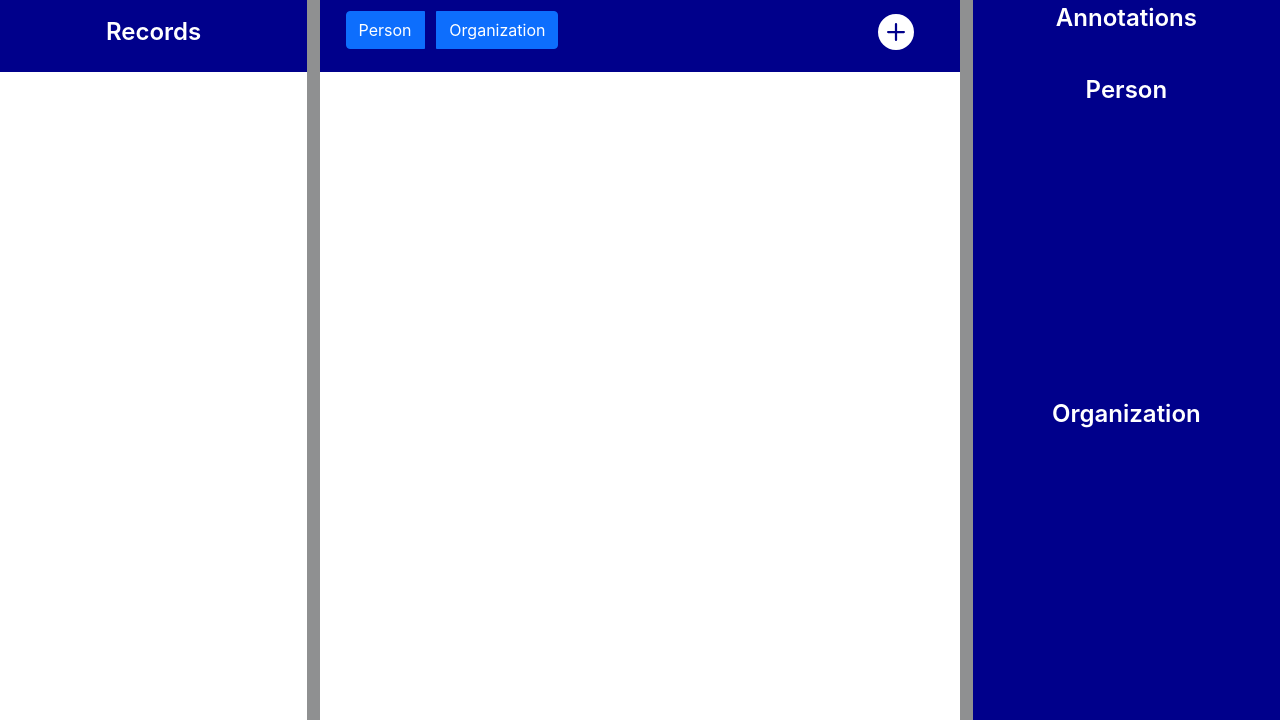
Repository: napan24/classforma_assignment
Page: / (app in client/)
The author's editor kept a copy of each file at every save. The page is drawn from the files as they stood at one save, then again after the next save.
The browser window is 1280 px wide. The pictures show the whole page.
The project was rebuilt for these pictures with package versions that can differ from the ones it lists, and the page was loaded fresh each time. Also part of the build but not shown: client/src/App.css.

Above is the page before, as saved 2022-07-20 15:45:30.

### client/public/index.html
<!DOCTYPE html>
<html lang="en">
  <head>
    <meta charset="utf-8" />
    <link rel="icon" href="%PUBLIC_URL%/favicon.ico" />
    <meta name="viewport" content="width=device-width, initial-scale=1" />
    <meta name="theme-color" content="#000000" />
    <meta
      name="description"
      content="Web site created using create-react-app"
    />
    <link href="https://cdn.jsdelivr.net/npm/bootstrap@5.1.3/dist/css/bootstrap.min.css" rel="stylesheet" integrity="sha384-1BmE4kWBq78iYhFldvKuhfTAU6auU8tT94WrHftjDbrCEXSU1oBoqyl2QvZ6jIW3" crossorigin="anonymous">
    <link rel="apple-touch-icon" href="%PUBLIC_URL%/logo192.png" />
    <!--
      manifest.json provides metadata used when your web app is installed on a
      user's mobile device or desktop. See https://developers.google.com/web/fundamentals/web-app-manifest/
    -->
    <link rel="manifest" href="%PUBLIC_URL%/manifest.json" />
    <!--
      Notice the use of %PUBLIC_URL% in the tags above.
      It will be replaced with the URL of the `public` folder during the build.
      Only files inside the `public` folder can be referenced from the HTML.

      Unlike "/favicon.ico" or "favicon.ico", "%PUBLIC_URL%/favicon.ico" will
      work correctly both with client-side routing and a non-root public URL.
      Learn how to configure a non-root public URL by running `npm run build`.
    -->
    <title>React App</title>
  </head>
  <body>
    <noscript>You need to enable JavaScript to run this app.</noscript>
    <div id="root"></div>
    <!--
      This HTML file is a template.
      If you open it directly in the browser, you will see an empty page.

      You can add webfonts, meta tags, or analytics to this file.
      The build step will place the bundled scripts into the <body> tag.

      To begin the development, run `npm start` or `yarn start`.
      To create a production bundle, use `npm run build` or `yarn build`.
    -->
    <script src="https://cdn.jsdelivr.net/npm/bootstrap@5.1.3/dist/js/bootstrap.bundle.min.js" integrity="sha384-ka7Sk0Gln4gmtz2MlQnikT1wXgYsOg+OMhuP+IlRH9sENBO0LRn5q+8nbTov4+1p" crossorigin="anonymous"></script>
  </body>
</html>

### client/src/App.js
import logo from './logo.svg';
import './App.css';
import Home from './Home';

function App() {
  return (
    <>
      <Home></Home>
    </>
  );
}

export default App;

### client/src/Home.js
'strict origin'
import React, { useState, useEffect } from 'react'
const Home = () => {
    const [textField, setTextField] = useState();
    const [person, setPerson] = useState();
    const [place, setPlace] = useState();
    const [personName, setPersonName] = useState(['']);
    const [placeName, setPlaceName] = useState(['']);
    useEffect(() => {
        if (textField) {
            trending();
        }
    }, [textField])
    const trending = async () => {
        const res = await fetch("/", {
            method: 'POST',
            headers: {
                "Content-Type": "application/json"
            },
            body: JSON.stringify({ textField })
        });
        const result = await res.json();
        setPerson(result.filter((arr) => arr.type == 'Person'));
        setPlace(result.filter((arr) => arr.type == 'Place'));
    };
    useEffect(() => {
        if (person) {
            person.forEach(function (arrayItem) {
                setPersonName(curr => [...curr, arrayItem.entityId]);
            });
        }
    }, [person])
    useEffect(() => {
        setPlaceName(['']);
        if (place) {
            place.forEach(function (arrayItem) {
                setPlaceName(curr => [...curr, arrayItem.entityId]);
            });
        }
    }, [place])
    const showFile = async (e) => {
        e.preventDefault()
        const reader = new FileReader()
        reader.onload = async (e) => {
            const text = (e.target.result)
            setTextField(text);
        };
        reader.readAsText(e.target.files[0])
    }
    return (
        <>
            <div style={{ display: 'flex', width: "100vw", height: "100vh", backgroundColor: "#8f9091",overflow:"hidden" }}>
                <div style={{ width: "24vw", height: "100vh", backgroundColor: "white", marginRight: "1vw" }}>
                    <div style={{ width: "24vw", height: "10vh", backgroundColor: "#00008b", textAlign: 'center', fontSize: '150%', color: "white", fontWeight: "600", position: "fixed" }}>
                        <p style={{ marginTop: "2vh" }}>
                            Records
                        </p>
                    </div>
                    <div>

                    </div>
                </div>
                <div style={{ width: "50vw", height: "100vh", backgroundColor: "white", marginRight: "1vw", overflowY: "unset" }}>
                    <div style={{ width: "50vw", height: "10vh", backgroundColor: "#00008b", position: 'relative', overflowY: 'hidden' }}>
                        <div class="btn-group" style={{ marginTop: "1.5vh", marginLeft: "2vw" }}>
                            <button type="button" class="btn btn-primary" style={{ marginRight: "1vw" }}>Person</button>
                            <button type="button" class="btn btn-primary">Organization</button>
                        </div>
                        <label for="file">
                            <svg style={{ width: "20%", height: "50%", position: "absolute", right: "0", top: "2vh", color: "white" }} xmlns="http://www.w3.org/2000/svg" fill="currentColor" class="bi bi-plus-circle-fill" viewBox="0 0 16 16">
                                <path d="M16 8A8 8 0 1 1 0 8a8 8 0 0 1 16 0zM8.5 4.5a.5.5 0 0 0-1 0v3h-3a.5.5 0 0 0 0 1h3v3a.5.5 0 0 0 1 0v-3h3a.5.5 0 0 0 0-1h-3v-3z" />
                            </svg>
                        </label>
                        <input type="file" id="file" onChange={(e) => showFile(e)} style={{ display: "none" }} />
                    </div>
                    <div style={{ width: "48vw", height: "85vh", marginLeft: "2vw", marginTop: "5vh", overflowY: "scroll" }}>
                        {textField}
                    </div>
                </div>
                <div style={{ width: "24vw", height: "100vh", backgroundColor: "white" }}>
                    <div style={{ width: "24vw", height: "10vh", backgroundColor: "#00008b", textAlign: 'center', fontSize: '150%', color: "white", fontWeight: "600" }}>
                        <p>
                            Annotations
                        </p>
                    </div>
                    <div style={{ width: "24vw", height: "5vh", backgroundColor: "#00008b", textAlign: 'center', fontSize: '150%', color: "white", fontWeight: "600" }}>
                        <p>
                            Person
                        </p>
                    </div>
                    <div style={{maxWidth: "24vw", height: "40vh", backgroundColor: "#00008b", textAlign: 'center', fontSize: '150%', color: "white", fontWeight: "600", zIndex: "2", overflowY: "scroll", overflowX: "hidden" }}>
                        {personName && personName.map((user) => (
                            user.length > 0 && <div style={{ width: "24vw", backgroundColor: "black", color: "white", height: "3vh", fontSize: "2vh", position: 'relative', borderBottom: '1px solid white' }}>
                                {user}
                                <svg xmlns="http://www.w3.org/2000/svg" style={{ width: "3.5vw", height: "3.5vh", position: 'absolute', right: "0" }} fill="currentColor" class="bi bi-x" viewBox="0 0 16 16">
                                    <path d="M4.646 4.646a.5.5 0 0 1 .708 0L8 7.293l2.646-2.647a.5.5 0 0 1 .708.708L8.707 8l2.647 2.646a.5.5 0 0 1-.708.708L8 8.707l-2.646 2.647a.5.5 0 0 1-.708-.708L7.293 8 4.646 5.354a.5.5 0 0 1 0-.708z" />
                                </svg>
                            </div>
                        ))}
                    </div>
                    <div style={{ width: "24vw", height: "5vh", backgroundColor: "#00008b", textAlign: 'center', fontSize: '150%', color: "white", fontWeight: "600" }}>
                        <p>
                            Organization
                        </p>
                    </div>
                    <div style={{ width: "24vw", height: "40vh", backgroundColor: "#00008b", textAlign: 'center', fontSize: '150%', color: "white", fontWeight: "600", overflowY: "scroll" }}>
                        {placeName && placeName.map((user) => (
                            user.length > 0 && <div style={{ width: "24vw", backgroundColor: "black", color: "white", height: "3vh", fontSize: "2vh", borderBottom: '1px solid white', overflowX: "hidden" }}>
                                {user}
                                <svg xmlns="http://www.w3.org/2000/svg" style={{ width: "3.5vw", height: "3.5vh", position: 'absolute', right: "0" }} fill="currentColor" class="bi bi-x" viewBox="0 0 16 16">
                                    <path d="M4.646 4.646a.5.5 0 0 1 .708 0L8 7.293l2.646-2.647a.5.5 0 0 1 .708.708L8.707 8l2.647 2.646a.5.5 0 0 1-.708.708L8 8.707l-2.646 2.647a.5.5 0 0 1-.708-.708L7.293 8 4.646 5.354a.5.5 0 0 1 0-.708z" />
                                </svg>
                            </div>
                        ))}
                    </div>
                </div>
            </div>
        </>
    )
}

export default Home

Loaded but not shown: client/src/index.js (common file); client/src/index.css (common file); client/src/reportWebVitals.js (common file)

After the next save:
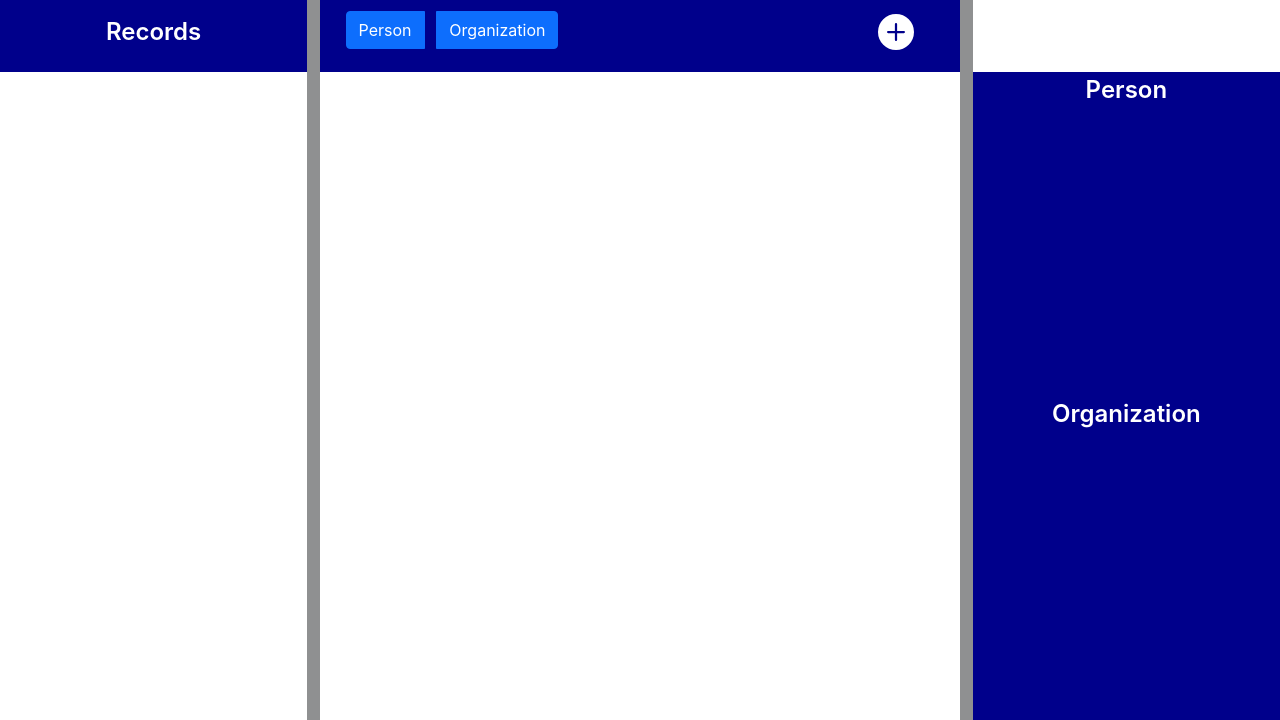
Saved 8 s later.
--- a/client/src/Home.js
+++ b/client/src/Home.js
@@ -78,7 +78,7 @@ const Home = () => {
                     </div>
                 </div>
                 <div style={{ width: "24vw", height: "100vh", backgroundColor: "white" }}>
-                    <div style={{ width: "24vw", height: "10vh", backgroundColor: "#00008b", textAlign: 'center', fontSize: '150%', color: "white", fontWeight: "600" }}>
+                    <div style={{ width: "24vw", height: "10vh", backgroundColor: "white", textAlign: 'center', fontSize: '150%', color: "white", fontWeight: "600" }}>
                         <p>
                             Annotations
                         </p>
